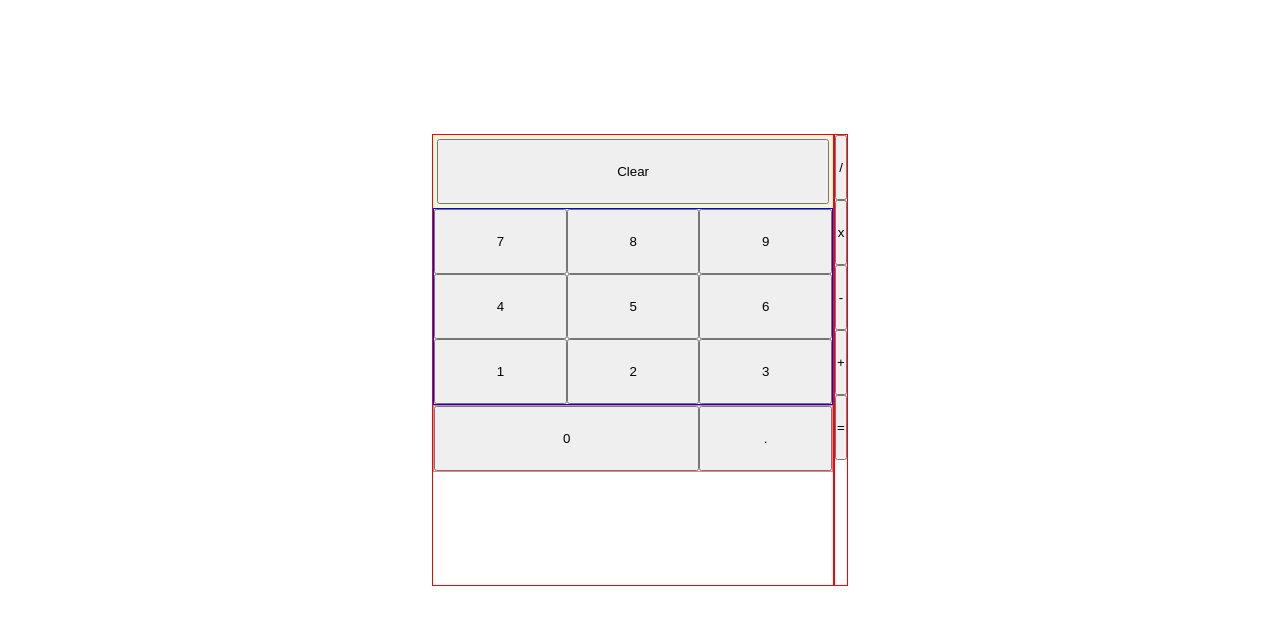
Repository: kocokoy/Calculator
Page: index.html
The author's editor kept a copy of each file at every save. The page is drawn from the files as they stood at one save, then again after the next save.
The browser window is 1280 px wide. The pictures show the whole page.

Above is the page before, as saved 2024-10-22 16:04:02.

After the next save:
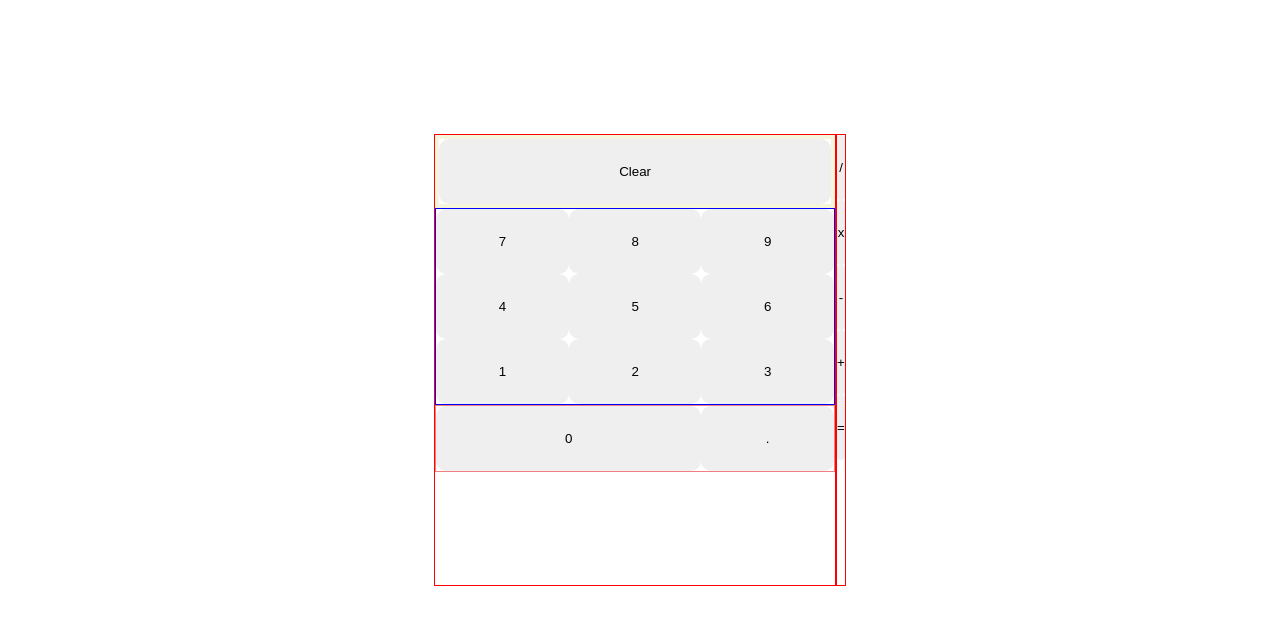
Saved 14 s later.
--- a/style.css
+++ b/style.css
@@ -4,6 +4,8 @@ body{
   height: 100%;
 }
 button{
+  border: none;
+  border-radius: 10px;
   height: 65px;
   margin: 0;
   padding: 0;
